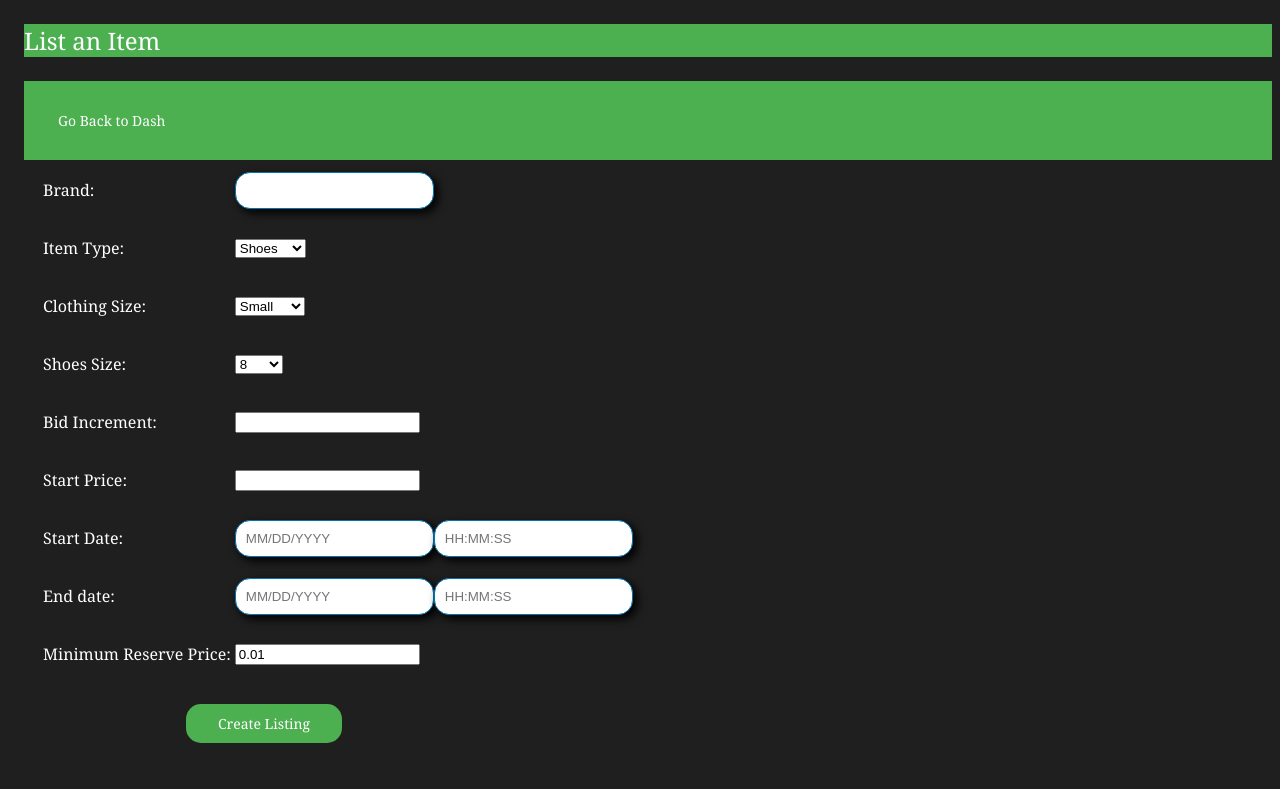
Repository: JephteyAdolphe/auction-system
Page: http://localhost/project/createListing.jsp
These files come from the project's save history. The page is drawn as it stood at one moment and after the next save; the edit follows.
The browser window is 1280 px wide. The pictures show the whole page.
The page is served by Tomcat 10. Other server files are loaded and not shown.

Above is the page before, as saved 2021-04-04 12:06:48.

### project/WebContent/createListing.jsp
<%@ page language="java" contentType="text/html; charset=ISO-8859-1"
    pageEncoding="ISO-8859-1" import="com.cs336.pkg.*"%>
<%@ page import="java.io.*,java.util.*,java.sql.*"%>
<%@ page import="javax.servlet.http.*,javax.servlet.*" %>


<!DOCTYPE html PUBLIC "-//W3C//DTD HTML 4.01 Transitional//EN" "http://www.w3.org/TR/html4/loose.dtd">
<html>
	<head>
		<meta http-equiv="Content-Type" content="text/html; charset=ISO-8859-1">
		<title>BuyMe</title>
		<link rel="stylesheet" href="mystyle.css" type= "text/css">
	</head>

	<body style="background-color:#1F1F1F;">

	<div class="Login">
	<p style="font-family:georgia,garamond,serif;font-size:24px;font-style:bold;color:white;">
         List an Item
      </p>
	</div>
	<div class="Login">
		<form method="get" action="dashboard.jsp"><input type="submit" value="Go Back to Dash"></form>
	</div>
		<form method="post" id="listing_form" action="auctionServlet">
		<div class="inputs">
		<input type="hidden" name="listing_form" value="123">
			<table>
				<tr>
					<td> <p style="font-family:georgia,garamond,serif;font-size:16px;color:white;">
         			Brand:</p> </td> <td><input type="text" name="brand"></td>
				</tr>
				<tr>
					<td><p style="font-family:georgia,garamond,serif;font-size:16px;color:white;">
         			Item Type:</p></td><td>

						<select name="item_type" id="item_type" form="itemform">
						  <option value="shoes">Shoes</option>
						  <option value="bottoms">Bottoms</option>
						  <option value="tops">Tops</option>
						</select>
					</td>

				</tr>
				<tr>
					<td><p style="font-family:georgia,garamond,serif;font-size:16px;color:white;">
         			Clothing Size:</p></td><td>

						<select name="clothin_size" id="size" form="sizeform">
						  <option value="small">Small</option>
						  <option value="medium">Medium</option>
						  <option value="large">Large</option>
						</select>
					</td>

				</tr>
				<tr>
					<td><p style="font-family:georgia,garamond,serif;font-size:16px;color:white;">
         			Shoes Size:</p></td><td>

						<select name="shoe_size" id="size" form="sizeform">
						  <option value="8">8</option>
						  <option value="8.5">8.5</option>
						  <option value="9">9</option>
						  <option value="9.5">9.5</option>
						  <option value="10">10</option>
						  <option value="10.5">10.5</option>
						  <option value="11">11</option>
						</select>
					</td>

				</tr>
				<tr>
					<td><p style="font-family:georgia,garamond,serif;font-size:16px;color:white;">
         			Bid Increment:</p></td><td><input type="number" name="bid_increment"></td>
				</tr>
				<tr>
					<td> <p style="font-family:georgia,garamond,serif;font-size:16px;color:white;">
         			Start Price:</p> </td> <td><input type="number" min="0.00" step="0.01" name="start_price"></td>
				</tr>
				<tr>
					<td><p style="font-family:georgia,garamond,serif;font-size:16px;color:white;">
         			Start Date:</p></td><td><input type="text" name="start_date" placeholder="MM/DD/YYYY"><input type="text" name="start_time" placeholder="HH:MM:SS"></td>
				</tr>
				<tr>
					<td> <p style="font-family:georgia,garamond,serif;font-size:16px;color:white;">
         			End date:</p> </td> <td><input type="text" name="end_date" placeholder="MM/DD/YYYY"><input type="text" name="end_time" placeholder="HH:MM:SS"></td>
				</tr>
				<tr>
					<td><p style="font-family:georgia,garamond,serif;font-size:16px;color:white;">
         			Minimum Reserve Price:</p></td><td><input type="number" min="0.00" step="0.01" value="0.01" name="min_price"></td>
				</tr>
			</table>
			</div>
			<div class="submit">
			<input type="submit" value="Create Listing">
			</div>
		</form>

		<!--<script>

		$(document).on("submit", "#listing_form", function(event) {
		    var $form = $(this);

		    $.post($form.attr("createListing"), $form.serialize(), function(response) {
		        // ...
		    });

		    event.preventDefault(); // Important! Prevents submitting the form.
		});

		</script>-->

	<br>

</body>
</html>

### project/WebContent/mystyle.css
.inputs{
	 Margin-left: 2em;
}
.Login{
	Margin-left: 1em;
	background-color: #4CAF50;
}
.submit{
	Margin-left: 11em;
}
input[type=text] {
  width: auto;
   padding:10px;
  border-radius:15px;
  margin: 8px 0;
  display: inline-block;
  border: 1px solid #0073B1;
  box-sizing: border-box;
  box-shadow:4px 4px 10px
}

input[type=submit] {
  background-color: #4CAF50;
  border: none;
  color: white;
  padding: 10px 32px;
  font-family:georgia,garamond,serif;
  text-decoration: none;
    margin: 20px 2px;
    border-radius:15px;
  font-size:14px;
  cursor: pointer;
}

input[type=submit]:hover {
  background-color: #74E46C;
}

After the next save:
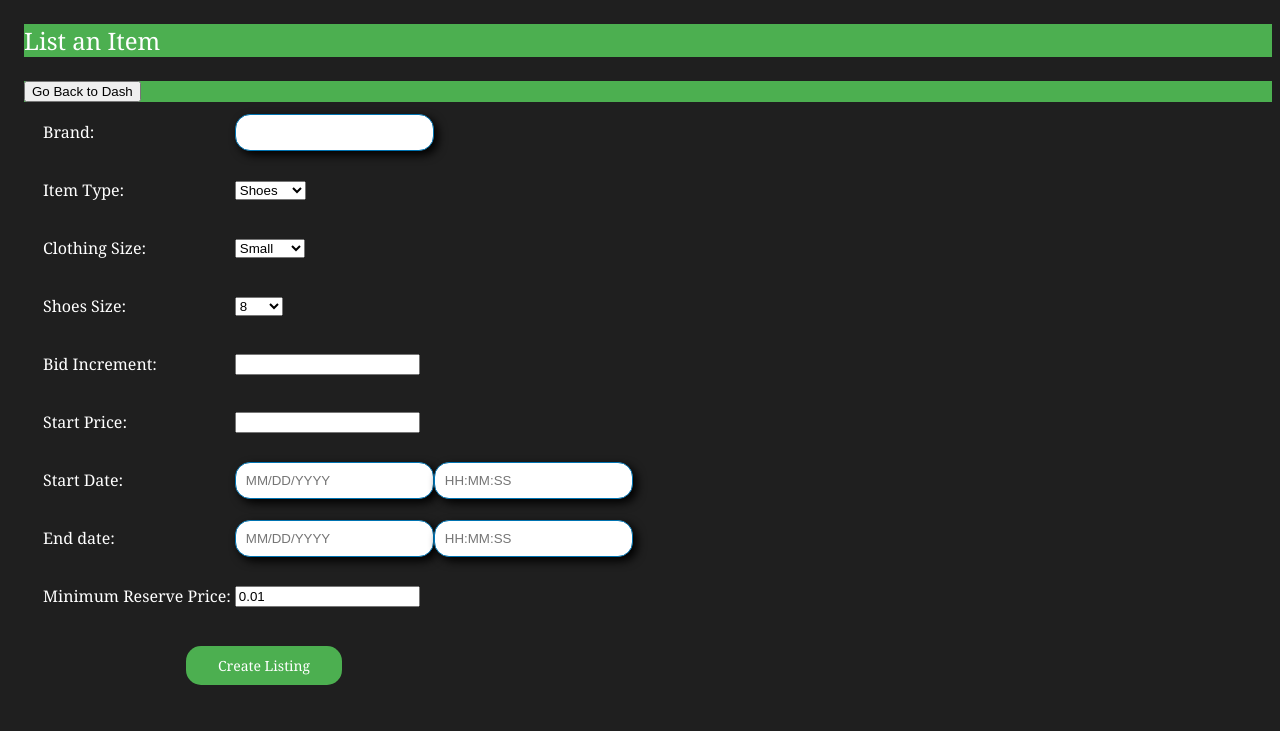
Saved 52 s later.
--- a/project/WebContent/createListing.jsp
+++ b/project/WebContent/createListing.jsp
@@ -20,7 +20,7 @@
       </p>
 	</div>
 	<div class="Login">
-		<form method="get" action="dashboard.jsp"><input type="submit" value="Go Back to Dash"></form>
+		<button method="get" action="dashboard.jsp">Go Back to Dash</button>
 	</div>
 		<form method="post" id="listing_form" action="auctionServlet">
 		<div class="inputs">
